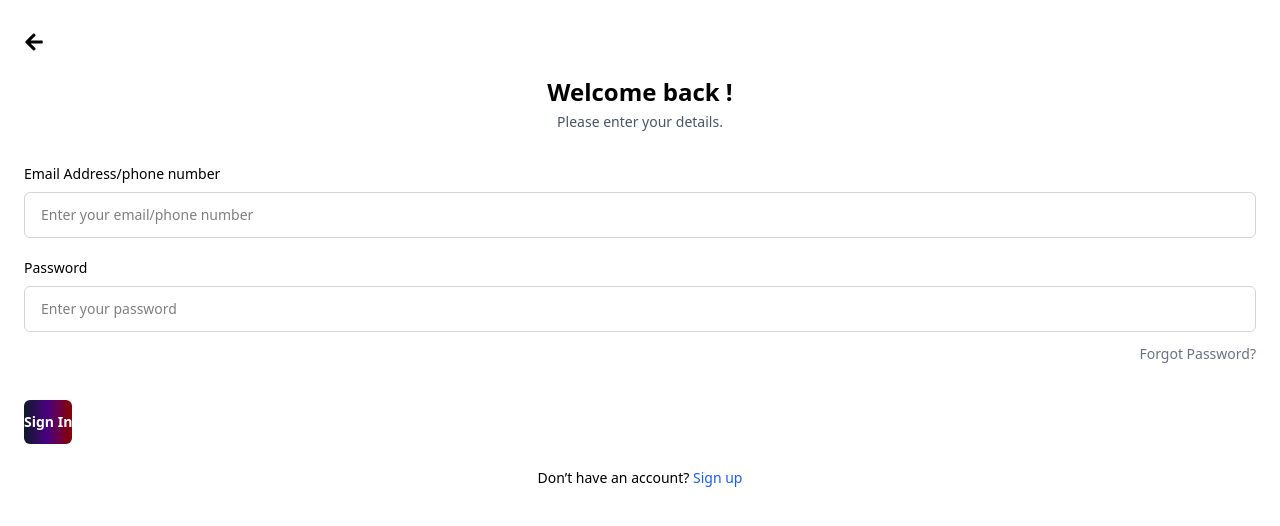
Repository: Em-driod/spotify-clone
Page: /back
An editor plug-in stored every save of this project. The page is shown before and after the next save, followed by the edit.
The browser window is 1280 px wide. The pictures show the whole page.
The project was rebuilt for these pictures with package versions that can differ from the ones it lists, and the page was loaded fresh each time. Also part of the build but not shown: vite.config.ts, src/pages/veryify.tsx, src/pages/LandingPage.tsx, src/pages/Change.tsx, src/pages/onboard.tsx, src/pages/Skips.tsx, src/pages/Otp.tsx, src/pages/First.tsx and 6 more.

Above is the page before, as saved 2025-07-09 17:48:53.

After the next save:
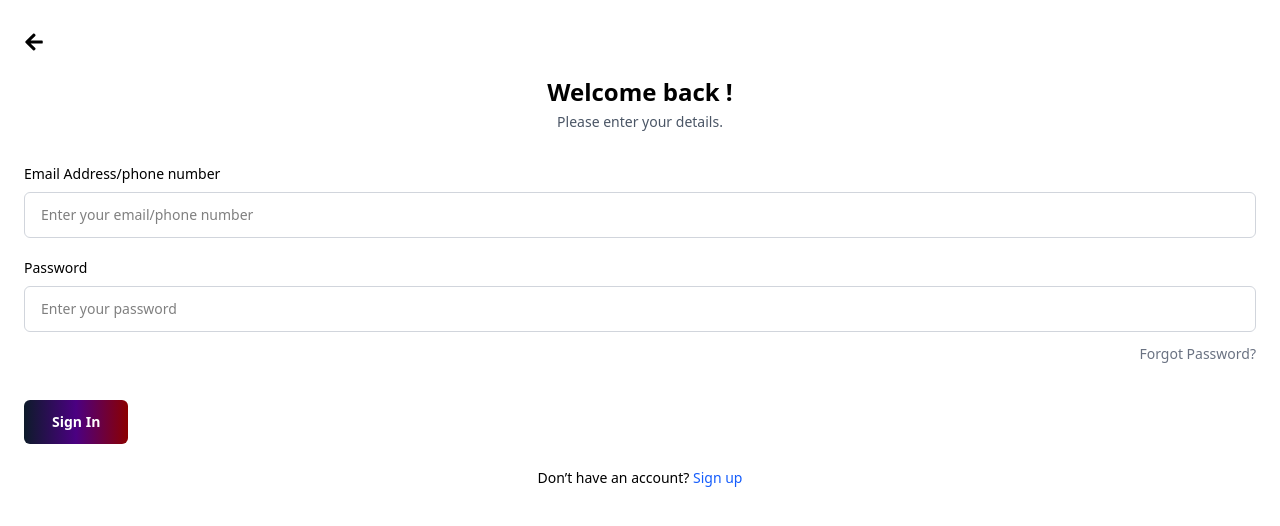
Saved 19 s later.
--- a/src/pages/Back.tsx
+++ b/src/pages/Back.tsx
@@ -55,7 +55,7 @@ const Back = () => {
         <Link to="/first">
         <button
           type="submit"
-          className="mt-4 py-3 rounded-md text-white text-sm font-semibold"
+          className="mt-4 py-3 px-7 rounded-md text-white text-sm font-semibold"
           style={{
               background: 'linear-gradient(to right, #0d1b2a, #4b0082, #8b0000)',
             }}
